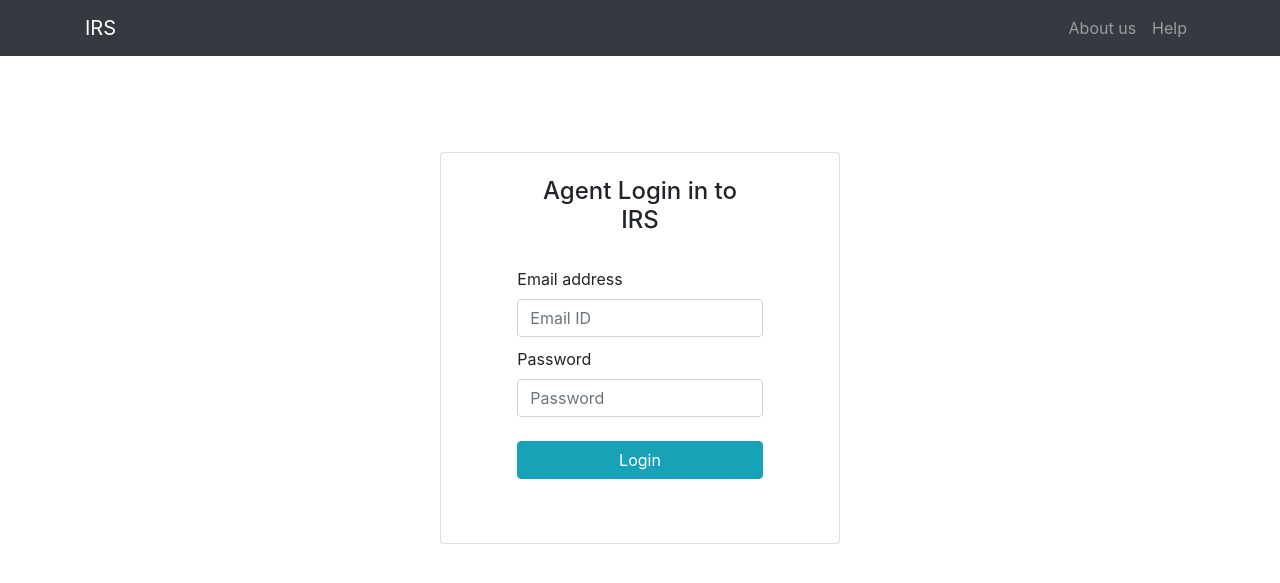
Repository: greeshmavyas/IRS_CS
Page: / (app in AgentManagement/Frontend/)
These files come from the project's save history. The page is drawn as it stood at one moment and after the next save; the edit follows.
The browser window is 1280 px wide. The pictures show the whole page.
Some web libraries are served in a nearby version. The project was rebuilt for these pictures with package versions that can differ from the ones it lists, and the page was loaded fresh each time. Also part of the build but not shown: AgentManagement/Frontend/src/components/NavbarDash.js, AgentManagement/Frontend/src/components/Sidebar.js, AgentManagement/Frontend/src/components/Dashboard.js, AgentManagement/Frontend/src/components/Settings.js, AgentManagement/frontend/src/App.css.

Above is the page before, as saved 2020-10-26 16:48:26.

### AgentManagement/frontend/public/index.html
<!DOCTYPE html>
<html lang="en">
  <head>
    <meta charset="utf-8" />
    <link rel="icon" href="%PUBLIC_URL%/favicon.ico" />
    <meta name="viewport" content="width=device-width, initial-scale=1" />
    <meta name="theme-color" content="#000000" />
    <meta
      name="description"
      content="Web site created using create-react-app"
    />
    <link rel="apple-touch-icon" href="%PUBLIC_URL%/logo192.png" />
    <!--
      manifest.json provides metadata used when your web app is installed on a
      user's mobile device or desktop. See https://developers.google.com/web/fundamentals/web-app-manifest/
    -->
    <link rel="manifest" href="%PUBLIC_URL%/manifest.json" />
    <link rel="stylesheet" href="https://stackpath.bootstrapcdn.com/bootstrap/4.4.1/css/bootstrap.min.css"
      integrity="sha384-Vkoo8x4CGsO3+Hhxv8T/Q5PaXtkKtu6ug5TOeNV6gBiFeWPGFN9MuhOf23Q9Ifjh" crossorigin="anonymous">
    <script src="https://kit.fontawesome.com/db1fc867ad.js" crossorigin="anonymous"></script>
    <!--
      Notice the use of %PUBLIC_URL% in the tags above.
      It will be replaced with the URL of the `public` folder during the build.
      Only files inside the `public` folder can be referenced from the HTML.

      Unlike "/favicon.ico" or "favicon.ico", "%PUBLIC_URL%/favicon.ico" will
      work correctly both with client-side routing and a non-root public URL.
      Learn how to configure a non-root public URL by running `npm run build`.
    -->
    <title>React App</title>
  </head>
  <body>
    <noscript>You need to enable JavaScript to run this app.</noscript>
    <div id="root"></div>
    <script src="https://code.jquery.com/jquery-3.4.1.slim.min.js"
      integrity="sha384-J6qa4849blE2+poT4WnyKhv5vZF5SrPo0iEjwBvKU7imGFAV0wwj1yYfoRSJoZ+n" crossorigin="anonymous"></script>
    <script src="https://cdn.jsdelivr.net/npm/popper.js@1.16.0/dist/umd/popper.min.js"
      integrity="sha384-Q6E9RHvbIyZFJoft+2mJbHaEWldlvI9IOYy5n3zV9zzTtmI3UksdQRVvoxMfooAo" crossorigin="anonymous"></script>
    <script src="https://stackpath.bootstrapcdn.com/bootstrap/4.4.1/js/bootstrap.min.js"
      integrity="sha384-wfSDF2E50Y2D1uUdj0O3uMBJnjuUD4Ih7YwaYd1iqfktj0Uod8GCExl3Og8ifwB6" crossorigin="anonymous"></script>
    <!--
      This HTML file is a template.
      If you open it directly in the browser, you will see an empty page.

      You can add webfonts, meta tags, or analytics to this file.
      The build step will place the bundled scripts into the <body> tag.

      To begin the development, run `npm start` or `yarn start`.
      To create a production bundle, use `npm run build` or `yarn build`.
    -->
  </body>
</html>

### AgentManagement/Frontend/src/App.js
import React from 'react';
import { BrowserRouter } from 'react-router-dom';
import Main from "./Main"
import './App.css';

function App() {
  return (
    <div>
      <BrowserRouter>
        <Main />
      </BrowserRouter>
    </div>
  );
}

export default App;

### AgentManagement/Frontend/src/Main.js
import React, { Component } from 'react';
import { Route } from 'react-router-dom';
import login from './components/login';
import Dashboard from './components/Dashboard';
import Settings from './components/Settings';

 class Main extends Component {
    render() {
        return (
          <div>
            <Route exact path="/" component={login} />
            <Route exact path="/dashboard" component={Dashboard} />
            <Route exact path="/settings" component={Settings} />
          </div>
        );
    }
}

export default Main;

### AgentManagement/Frontend/src/components/login.js
import React, { Component } from "react";
import Card from 'react-bootstrap/Card'
import NavbarLogin from './NavbarLogin'
import Form from 'react-bootstrap/Form'
import Button from 'react-bootstrap/Button'
import axios from 'axios';
import config from '../config/settings'
import { Redirect } from 'react-router'

class login extends Component {
  constructor() {
    super();
    this.state = {
      emailID: "",
      password: "",
      SignedUpFlag: false,
      message: "",
    }

    this.emailIDChangeHandler = this.emailIDChangeHandler.bind(this)
    this.passwordChangeHandler = this.passwordChangeHandler.bind(this)
    this.submitLogin = this.submitLogin.bind(this)
  }

  emailIDChangeHandler = (e) => {
    var str = (e.target.value).toLowerCase()
    this.setState({
      emailID: str
    })
  }
  passwordChangeHandler = (e) => {
    this.setState({
      password: e.target.value
    })
  }
  submitLogin = (e) => {
    console.log("in submit Login")
    const data = {
      emailId: this.state.emailID,
      password: this.state.password
    }
    console.log("data is..")
    console.log(data);
    e.preventDefault();
    axios.defaults.withCredentials = true;

    axios({
      method: 'post',
      url: 'http://' + config.hostname + ':' + config.backendPort + '/agentLogin',
      params: data,
    })
      .then(response => {
        console.log("Status Code : ", response.status);
        console.log("Response from Sign Up ")
        console.log(response);

        if (response.data.responseMessage === 'Login Successfully') {
          this.setState({
            SignedUpFlag: true
          })
        } else {
          this.setState({
            SignedUpFlag: false,
            message : 'Invalid Credentials'
          })
          console.log(this.state.message)

        }
      }).catch(error => {
        console.log(error);
        this.setState({
          SignedUpFlag: false,
          message : 'Invalid Credentials'
        })
        console.log(this.state.message)
      })
  }

  render() {
    if (this.state.SignedUpFlag === true) {
      return <Redirect to="/AgentDashboard" />
    }
    return (
        <div>
          <NavbarLogin />
          <br></br>
          <br></br>
          <br></br>
          <center>
            <Card style={{ width: '25rem' }}>
              <div className="container">
                <div className="row">
                  <div className="col-md-8 m-auto">
                    <br></br>
                    <h4>Agent Login in to IRS</h4>
                    <br></br>
                    <Form className="input">
                      <Form.Row>
                        <Form.Label>Email address</Form.Label>
                        <Form.Control placeholder="Email ID" onChange={this.emailIDChangeHandler} />
                        <br></br>
                        <br></br>
                        <Form.Label>Password</Form.Label>
                        <Form.Control placeholder="Password" type="password" onChange={this.passwordChangeHandler} />
                        <br></br>
                        <Button className="btn btn-info btn-block mt-4" onClick={this.submitLogin} >Login</Button>
                      </Form.Row>
                      <p className="text-danger">{this.state.message}</p>
                      <br></br>
                      <br></br>

                    </Form>
                  </div>
                </div>
              </div>
            </Card>
          </center>
        </div>
      );
  }
}

export default login;

### AgentManagement/Frontend/src/components/NavbarLogin.js
import React, { Component } from 'react';

class NavbarLogin extends Component {

  handleLogout = () => {
    window.localStorage.clear();
  };

  render() {
    return (
      <nav className="navbar navbar-expand-sm navbar-dark bg-dark mb-4">
        <div className="container">
          <a className="navbar-brand" href="/companyDashboard">
            IRS
          </a>
          <button
            className="navbar-toggler"
            type="button"
            data-toggle="collapse"
            data-target="#mobile-nav"
          >
            <span className="navbar-toggler-icon"></span>
          </button>

          <div className="collapse navbar-collapse" id="mobile-nav">

            <ul className="navbar-nav ml-auto">
              <li className="nav-item">
                <a className="nav-link" href="/">
                  About us
                </a>
              </li>
              <li className="nav-item">
                <a className="nav-link" href="/" onClick={this.handleLogout}>
                  Help
                </a>
              </li>
            </ul>
          </div>
        </div>
      </nav>
    );
  }
}

export default NavbarLogin;

### AgentManagement/Frontend/src/config/settings.js
module.exports = {
    "hostname": "localhost",
    "backendPort": 3001,
    'frontendHostName': 'localhost',
    'frontendPort': 3000,
};

Loaded but not shown: AgentManagement/Frontend/src/index.js (common file); AgentManagement/frontend/src/index.css (common file); AgentManagement/frontend/src/serviceWorker.js (common file)

After the next save:
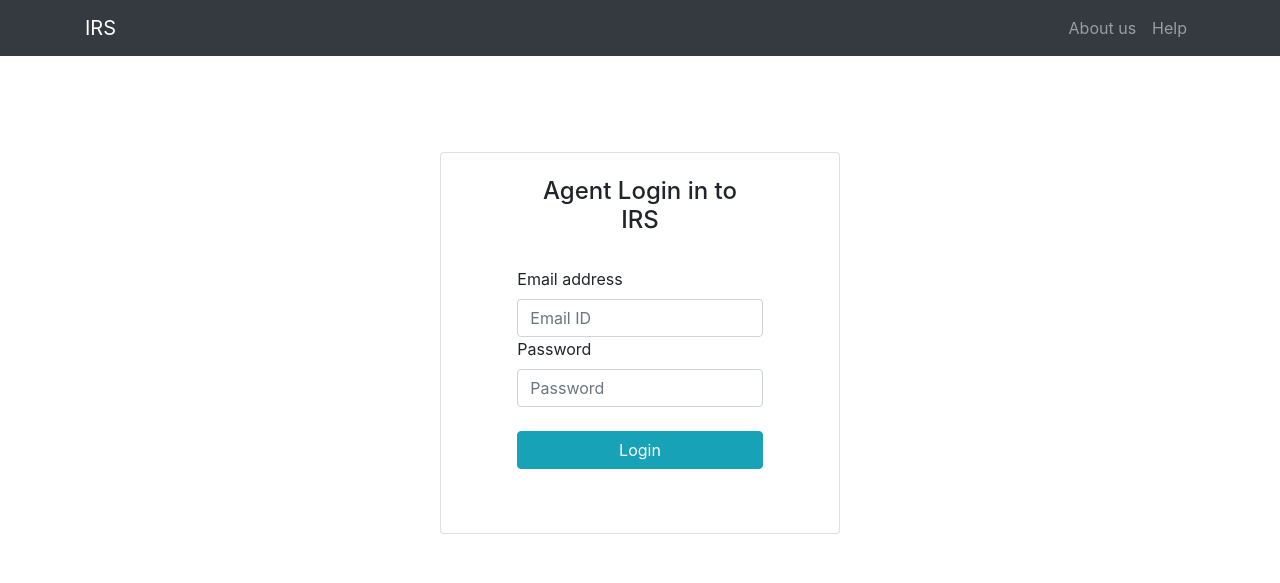
Saved 6 s later.
--- a/AgentManagement/Frontend/src/components/login.js
+++ b/AgentManagement/Frontend/src/components/login.js
@@ -98,8 +98,6 @@
                       <Form.Row>
                         <Form.Label>Email address</Form.Label>
                         <Form.Control placeholder="Email ID" onChange={this.emailIDChangeHandler} />
-                        <br></br>
-                        <br></br>
                         <Form.Label>Password</Form.Label>
                         <Form.Control placeholder="Password" type="password" onChange={this.passwordChangeHandler} />
                         <br></br>
